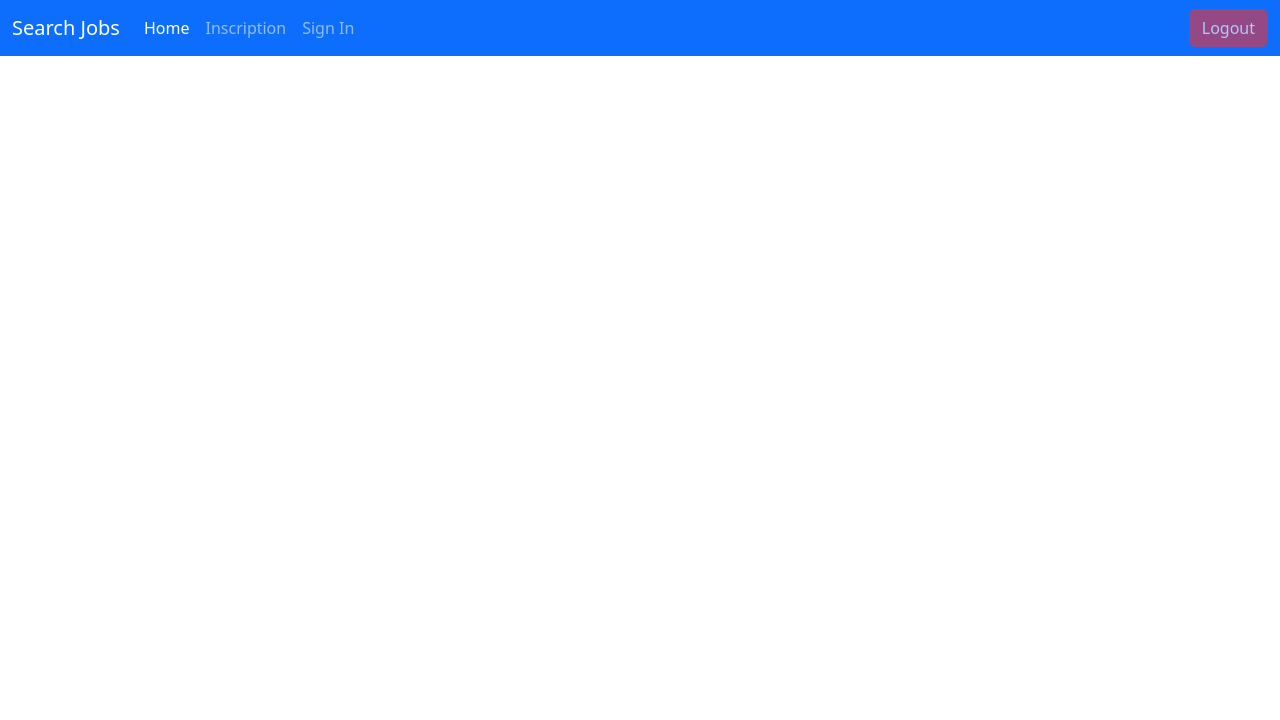
Repository: moAllElite/Examen-EJB-WEB-EAR
Page: http://localhost/SearchJobsWeb/
An editor plug-in stored every save of this project. The page is shown before and after the next save, followed by the edit.
The browser window is 1280 px wide. The pictures show the whole page.
The page is served by Tomcat 9. Nobody is signed in. The application's start-up code is not run. Other server files are loaded and not shown.

Above is the page before, as saved 2023-03-21 20:32:03.

### SearchJobsWeb/src/main/webapp/index.jsp
<%@ page language="java" contentType="text/html; charset=ISO-8859-1"
    pageEncoding="ISO-8859-1"%>
<!DOCTYPE html>
<html id="html">
<head>
<meta charset="ISO-8859-1">
		 <link href="https://cdn.jsdelivr.net/npm/bootstrap@5.3.0-alpha1/dist/css/bootstrap.min.css" rel="stylesheet" integrity="sha384-GLhlTQ8iRABdZLl6O3oVMWSktQOp6b7In1Zl3/Jr59b6EGGoI1aFkw7cmDA6j6gD" crossorigin="anonymous">
		<title>Home</title>

	</head>
	<body>
		<nav class="navbar navbar-expand-lg bg-primary" data-bs-theme="dark">
				 <div class="container-fluid">
				    <a class="navbar-brand" href="Error">Search Jobs</a>
				    <button class="navbar-toggler" type="button" data-bs-toggle="collapse" data-bs-target="#navbarText" aria-controls="navbarText" aria-expanded="false" aria-label="Toggle navigation">
				      <span class="navbar-toggler-icon"></span>
				    </button>
				    <div class="collapse navbar-collapse" id="navbarText">
				      <ul class="navbar-nav me-auto mb-2 mb-lg-0">
				        <li class="nav-item">
				          <a class="nav-link active" aria-current="page" href="Home">Home</a>
				        </li>
				        <li class="nav-item">
				          <a class="nav-link" href="Inscription">Inscription</a>
				        </li>
				        <li class="nav-item">
				          <a class="nav-link" href="Login">Sign In</a>
				        </li>
				      </ul>
				      <button class="btn btn-danger "  disabled="disabled">Logout</button>
				    </div>
				  </div>
			</nav>

		<script src="https://cdn.jsdelivr.net/npm/@popperjs/core@2.11.6/dist/umd/popper.min.js" integrity="sha384-oBqDVmMz9ATKxIep9tiCxS/Z9fNfEXiDAYTujMAeBAsjFuCZSmKbSSUnQlmh/jp3" crossorigin="anonymous"></script>
		<script src="https://cdn.jsdelivr.net/npm/bootstrap@5.3.0-alpha1/dist/js/bootstrap.min.js" integrity="sha384-mQ93GR66B00ZXjt0YO5KlohRA5SY2XofN4zfuZxLkoj1gXtW8ANNCe9d5Y3eG5eD" crossorigin="anonymous"></script>

	</body>
	</html>

After the next save:
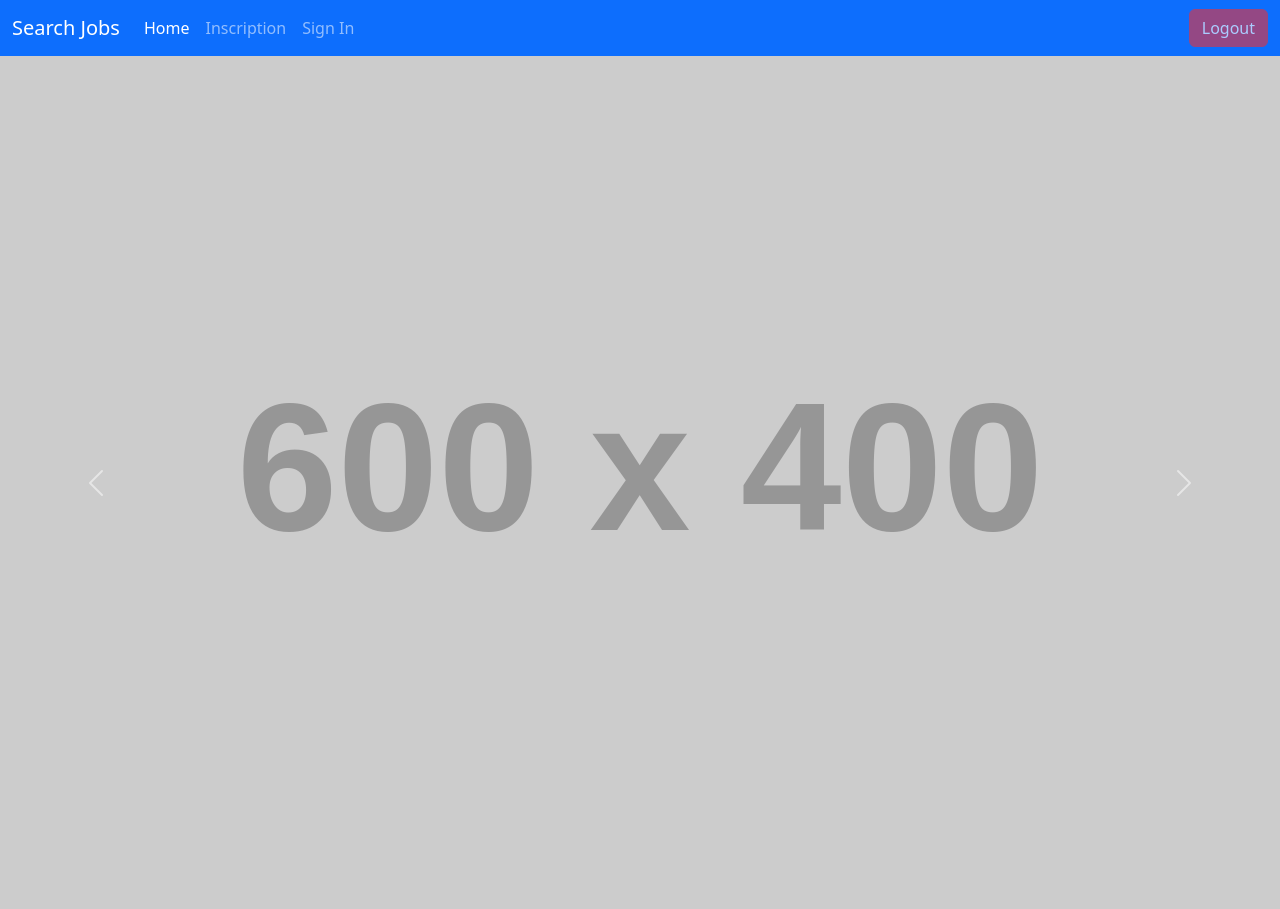
Saved 3 min 40 s later.
--- a/SearchJobsWeb/src/main/webapp/index.jsp
+++ b/SearchJobsWeb/src/main/webapp/index.jsp
@@ -31,7 +31,27 @@
 				    </div>
 				  </div>
 			</nav>
-
+				<div id="carouselExampleInterval" class="carousel slide" data-bs-ride="carousel">
+			  <div class="carousel-inner">
+			    <div class="carousel-item active" data-bs-interval="10000">
+			      <img src="https://placehold.co/600x400" class="d-block w-100" alt="...">
+			    </div>
+			    <div class="carousel-item" data-bs-interval="2000">
+			      <img src="https://placehold.co/600x400" class="d-block w-100" alt="...">
+			    </div>
+			    <div class="carousel-item">
+			      <img src="https://placehold.co/600x400" class="d-block w-100" alt="...">
+			    </div>
+			  </div>
+			  <button class="carousel-control-prev" type="button" data-bs-target="#carouselExampleInterval" data-bs-slide="prev">
+			    <span class="carousel-control-prev-icon" aria-hidden="true"></span>
+			    <span class="visually-hidden">Previous</span>
+			  </button>
+			  <button class="carousel-control-next" type="button" data-bs-target="#carouselExampleInterval" data-bs-slide="next">
+			    <span class="carousel-control-next-icon" aria-hidden="true"></span>
+			    <span class="visually-hidden">Next</span>
+			  </button>
+			</div>
 		<script src="https://cdn.jsdelivr.net/npm/@popperjs/core@2.11.6/dist/umd/popper.min.js" integrity="sha384-oBqDVmMz9ATKxIep9tiCxS/Z9fNfEXiDAYTujMAeBAsjFuCZSmKbSSUnQlmh/jp3" crossorigin="anonymous"></script>
 		<script src="https://cdn.jsdelivr.net/npm/bootstrap@5.3.0-alpha1/dist/js/bootstrap.min.js" integrity="sha384-mQ93GR66B00ZXjt0YO5KlohRA5SY2XofN4zfuZxLkoj1gXtW8ANNCe9d5Y3eG5eD" crossorigin="anonymous"></script>
 
